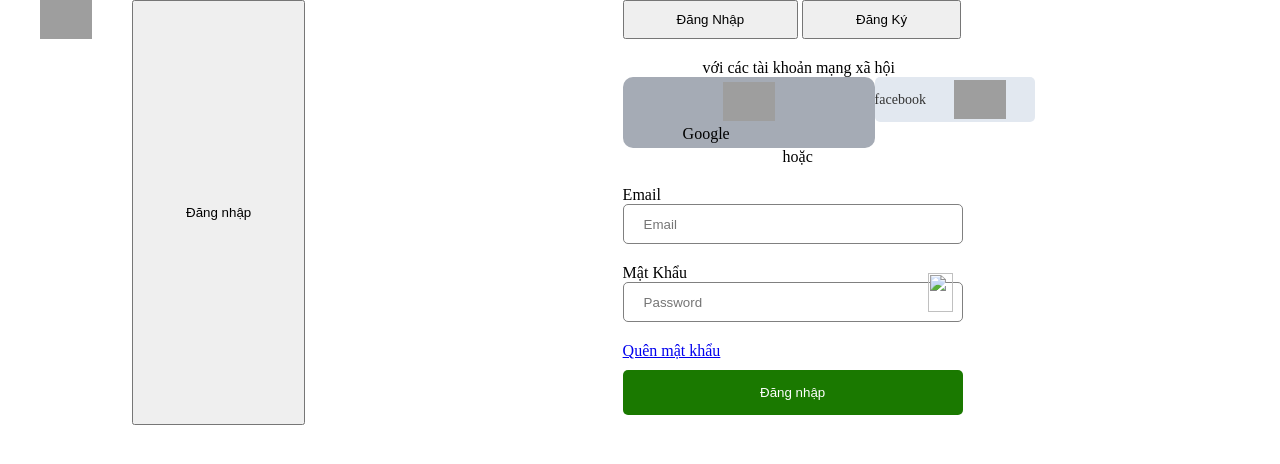
Repository: Dongnguyen318/Quydong
Page: Day 23/index.html
These files come from the project's save history. The page is drawn as it stood at one moment and after the next save; the edit follows.
The browser window is 1280 px wide. The pictures show the whole page.
Pictures or frames that could not be fetched are drawn as grey boxes.

Above is the page before, as saved 2023-09-08 20:14:44.

After the next save:
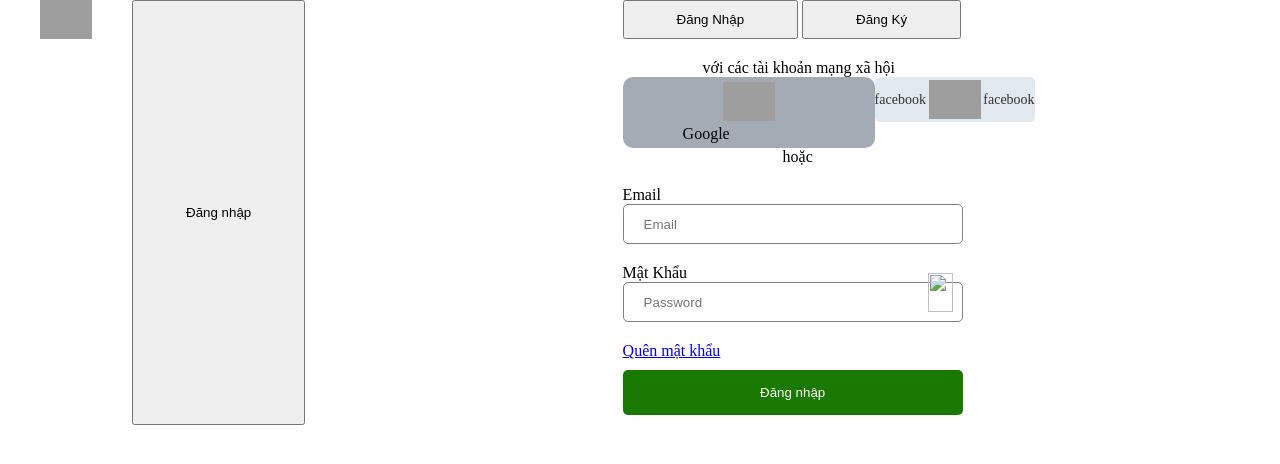
Saved 5 s later.
--- a/Day 23/index.html
+++ b/Day 23/index.html
@@ -32,6 +32,7 @@
             <div class="facebook">
               <p>facebook</p>
               <img src="./img/facebook.png" alt="" />
+              <p>facebook</p>
             </div>
           </div>
           <span class="wrapper-or">hoặc</span>
